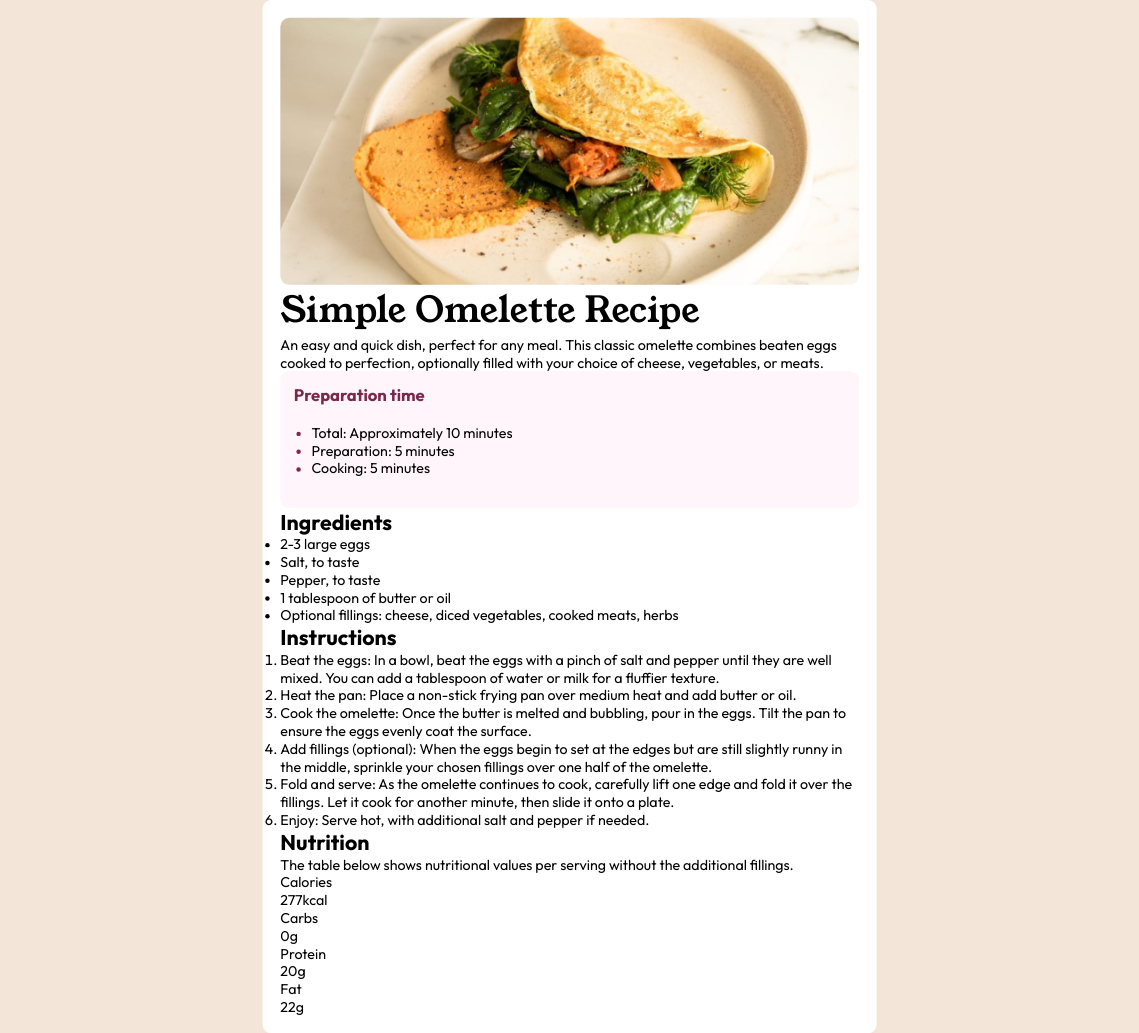
Repository: reemoon-ctrl/mine-recipe-page-main
Page: index1.html
These files come from the project's save history. The page is drawn as it stood at one moment and after the next save; the edit follows.
The browser window is 1280 px wide. The pictures show the whole page, at 89% of full size.

Above is the page before, as saved 2024-08-11 15:27:26.

### index1.html
<!DOCTYPE html>
<html lang="en">
<head>
    <meta charset="UTF-8">

    <style>
        @import url('https://fonts.googleapis.com/css2?family=Open+Sans:ital,wght@0,300..800;1,300..800&family=Outfit:wght@100..900&family=Poppins:ital,wght@0,100;0,200;0,300;0,400;0,500;0,600;0,700;0,800;0,900;1,100;1,200;1,300;1,400;1,500;1,600;1,700;1,800;1,900&family=Young+Serif&display=swap');
        @import url('https://fonts.googleapis.com/css2?family=Open+Sans:ital,wght@0,300..800;1,300..800&family=Poppins:ital,wght@0,100;0,200;0,300;0,400;0,500;0,600;0,700;0,800;0,900;1,100;1,200;1,300;1,400;1,500;1,600;1,700;1,800;1,900&family=Young+Serif&display=swap');
    </style>
        <meta name="viewport" content="width=device-width, initial-scale=1.0">
    <link rel="stylesheet" href="/style.css">
    <title>ommelette</title>
</head>
<body>
    <div class="page-center">
        <div class="container">
            <header>
            <div class="rec-img"></div>
            <h1>Simple Omelette Recipe</h1>

            <p>An easy and quick dish, perfect for any meal.
            This classic omelette combines beaten eggs cooked
            to perfection, optionally filled with your choice
            of cheese,
            vegetables, or meats.</p>
            </header>

            <div class="prep-time">
                <h3>Preparation time</h3>


                <ul>
                <li>Total: Approximately 10 minutes</li>
                <li>Preparation: 5 minutes</li>
                <li>Cooking: 5 minutes</li>
                </ul>
            </div>

            <h2>Ingredients</h2>
            <ul>
            <li>2-3 large eggs</li>
            <li>Salt, to taste</li>
            <li>Pepper, to taste</li>
            <li>1 tablespoon of butter or oil</li>
            <li>Optional fillings: cheese, diced vegetables, cooked meats, herbs</li>
            </ul>






            <h2>Instructions</h2>
            <ol>
            <li>Beat the eggs: In a bowl, beat the eggs with a pinch of salt and pepper until they are well mixed.
                You can add a tablespoon of water or milk for a fluffier texture.</li>
            <li>Heat the pan: Place a non-stick frying pan over medium heat and add butter or oil.</li>
            <li>Cook the omelette: Once the butter is melted and bubbling, pour in the eggs. Tilt the pan to ensure
                the eggs evenly coat the surface.</li>
            <li>Add fillings (optional): When the eggs begin to set at the edges but are still slightly runny in the
                middle, sprinkle your chosen fillings over one half of the omelette.</li>
            <li>Fold and serve: As the omelette continues to cook, carefully lift one edge and fold it over the
                fillings. Let it cook for another minute, then slide it onto a plate.</li>
            <li>Enjoy: Serve hot, with additional salt and pepper if needed.</li>
            </ol>

            <h2>Nutrition</h2>

            <p>The table below shows nutritional values per serving without the additional fillings.</p>

            <div>Calories</div>
            <div>277kcal</div>

            <div>Carbs</div>
            <div>0g</div>

            <div>Protein</div>
            <div>20g</div>

            <div>Fat</div>
            <div>22g</div>
         </div>
    </div>
</body>
</html>

### style.css
*{
    padding: 0;
    margin: 0;
    box-sizing: border-box;
}
body{
    background: hsl(30, 54%, 90%);
    font-family: "Outfit", sans-serif;
    font-optical-sizing: auto;
    font-weight: 400;
    font-style: normal;

}
.rec-img{


    border-radius:10px ;
    height: 300px;
    background: url('/image-omelette.jpeg')no-repeat center center/cover;
}
.container{
    background: #fff;
    border-radius: 10px;
    margin:auto;
    /* margin: auto; */
    max-width:690px;
    padding: 20px;

}
.page-center{
    height: 100vh;
    display: grid;
    grid-template-columns: 960px;
    align-items: center;
    justify-content:space-around;
}
.prep-time{
    background: hsl(330, 100%, 98%);
    padding: 15px;
    border-radius: 10px;
}
.prep-time ul{
    padding: 20px;
}
.prep-time ul li::marker {
    color: hsl(332, 51%, 32%);
  }

.prep-time h3{
    color: hsl(332, 51%, 32%);
    /*  */

}
h1{
    font-size: 40px;
    font-family: "Young Serif", serif;
    font-weight: 400;
    font-style: normal;
}

After the next save:
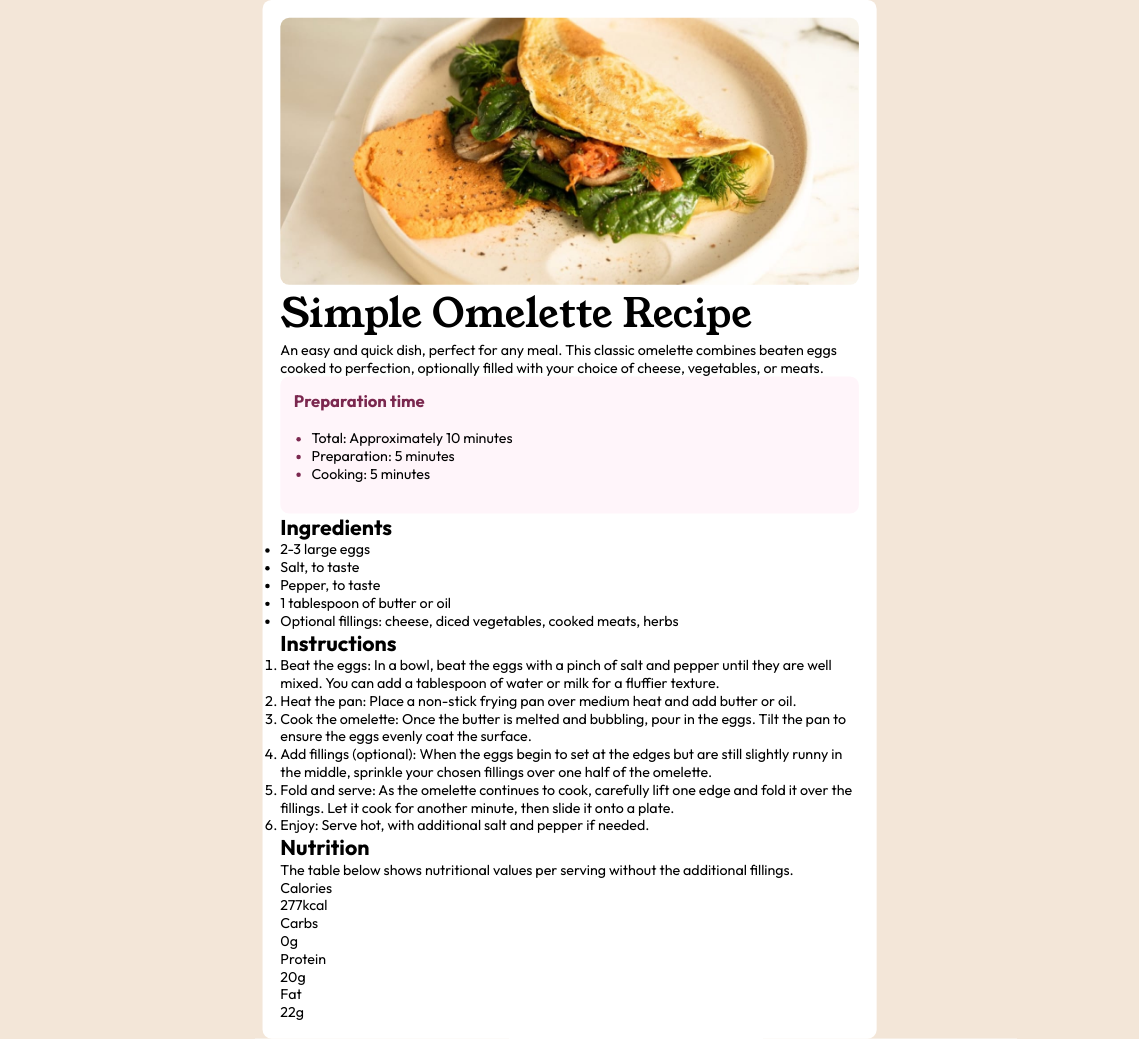
Saved 24 s later.
--- a/style.css
+++ b/style.css
@@ -52,7 +52,7 @@
 
 }
 h1{
-    font-size: 40px;
+    font-size: 45px;
     font-family: "Young Serif", serif;
     font-weight: 400;
     font-style: normal;

After the save that followed:
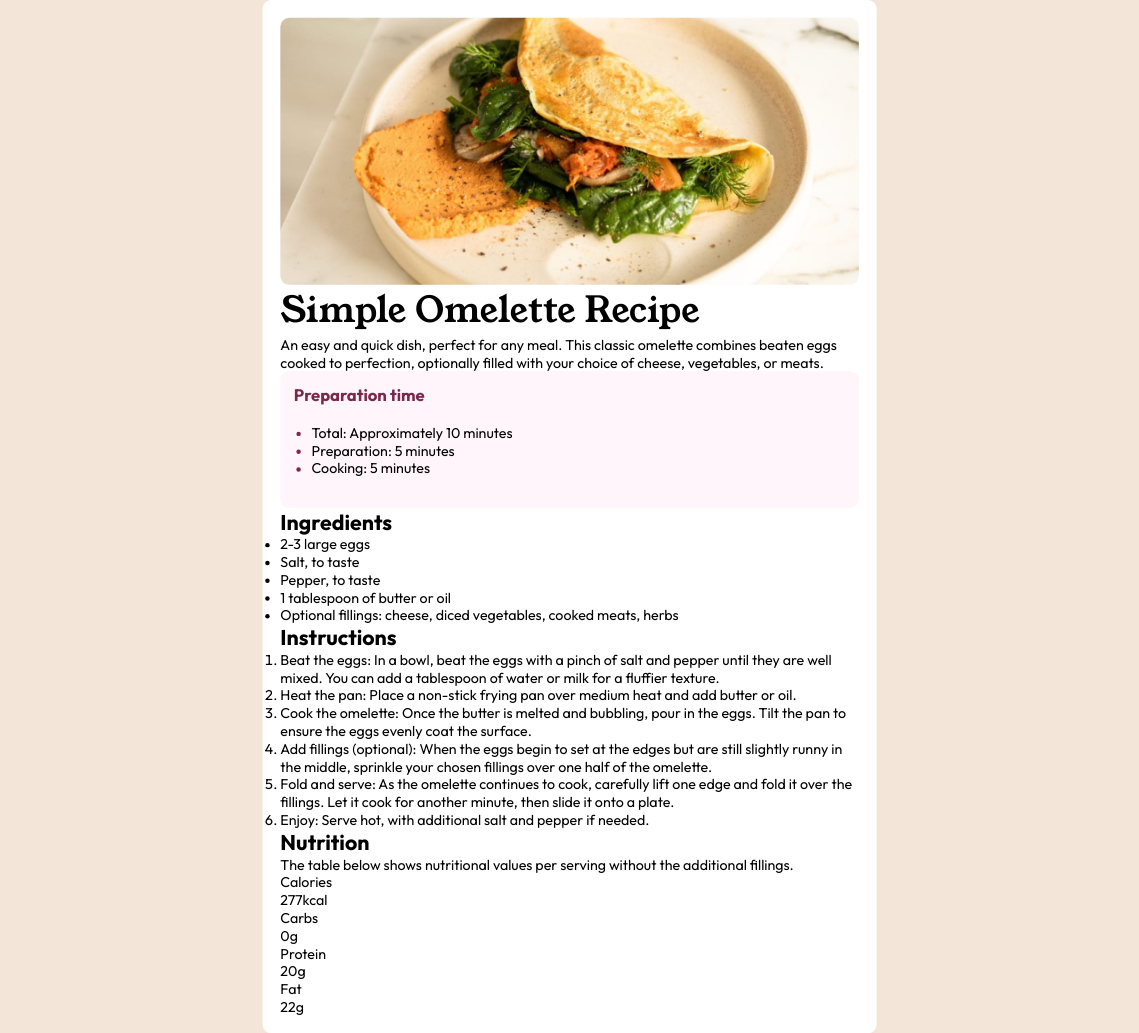
Saved 90 s later.
--- a/style.css
+++ b/style.css
@@ -52,7 +52,7 @@
 
 }
 h1{
-    font-size: 45px;
+    font-size: 40px;
     font-family: "Young Serif", serif;
     font-weight: 400;
     font-style: normal;
